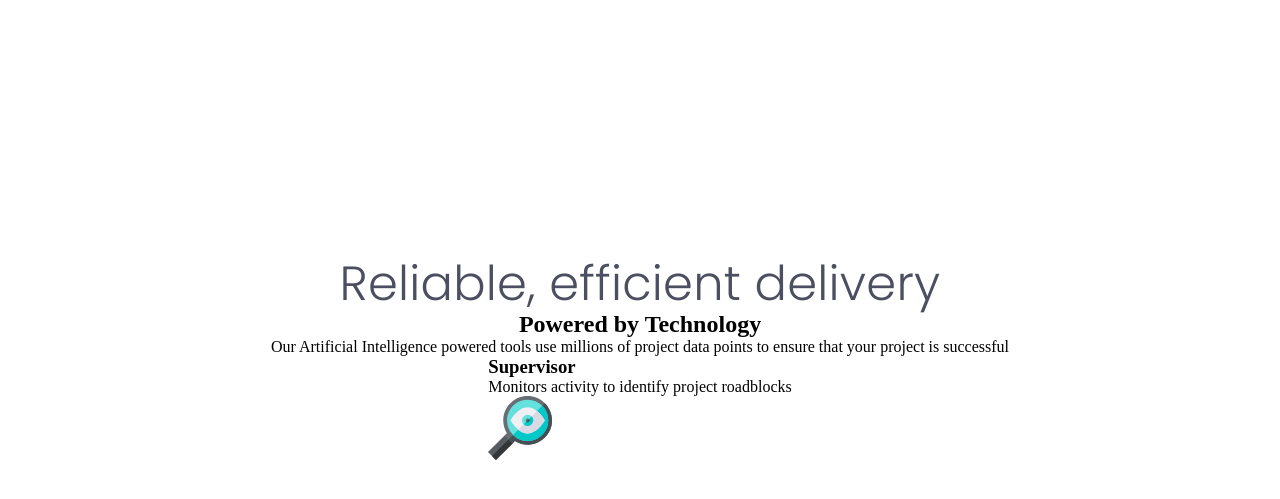
Repository: brandontaylor1/four-card-feature
Page: index.html
An editor plug-in stored every save of this project. The page is shown before and after the next save, followed by the edit.
The browser window is 1280 px wide. The pictures show the whole page.

Above is the page before, as saved 2025-01-09 22:28:18.

### index.html
<!DOCTYPE html>
<html lang="en">
<head>
    <meta charset="UTF-8">
    <meta name="viewport" content="width=device-width, initial-scale=1.0">
    <link rel="preconnect" href="https://fonts.googleapis.com">
    <link rel="preconnect" href="https://fonts.gstatic.com" crossorigin>
    <link href="https://fonts.googleapis.com/css2?family=Poppins:ital,wght@0,100;0,200;0,300;0,400;0,500;0,600;0,700;0,800;0,900;1,100;1,200;1,300;1,400;1,500;1,600;1,700;1,800;1,900&display=swap" rel="stylesheet">
    <link rel="stylesheet" href="styles.css">
    <title>Four Card Feature</title>
</head>
<body>
    <main class="container">
        <section class="page-content">
            <h1>Reliable, efficient delivery</h1>
            <h2>Powered by Technology</h2>
            <p>Our Artificial Intelligence powered tools use millions of project data points to ensure that your project is successful</p>
        </section>
        <section class="card-container">
            <div class="card-column">
                <div class="card">
                    <h3>Supervisor</h3>
                    <p>Monitors activity to identify project roadblocks</p>
                    <img src="./assets/images/icon-supervisor.svg" alt="Supervisor Icon">
                </div>
            </div>
        </section>
    </main>

</body>
</html>

### styles.css
* {
    margin: 0;
    padding: 0;
    box-sizing: border-box;
}

:root {
    --primary-red: hsl(0, 78%, 62%);
    --primary-cyan: hsl(180, 62%, 55%);
    --primary-orange: hsl(34, 97%, 64%);
    --primary-blue: hsl(212, 86%, 64%);

    --secondary-dark-blue: hsl(234, 12%, 34%);
    --secondary-grayish-blue: hsl(229, 6%, 66%);
    --secondary-light-gray: hsl(0, 0%, 98%);
}

.container {
    height: 100vh;
    display: flex;
    align-items: center;
    justify-content: center;
    flex-direction: column;
}

.page-content {
    display: flex;
    flex-direction: column;
    align-items: center;
}

.page-content h1 {
    font-size: 3rem;
    font-family: "Poppins", sans-serif;
    font-weight: 300;
    line-height: 54px;
    letter-spacing: .25px;
    color: var(--secondary-dark-blue);
}

After the next save:
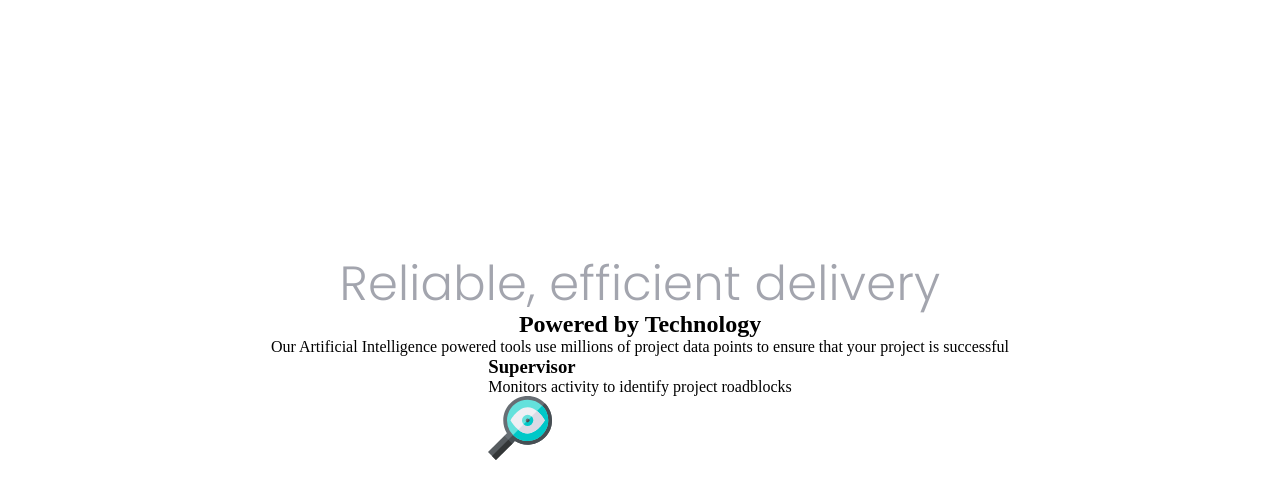
Saved 34 s later.
--- a/styles.css
+++ b/styles.css
@@ -35,5 +35,5 @@
     font-weight: 300;
     line-height: 54px;
     letter-spacing: .25px;
-    color: var(--secondary-dark-blue);
+    color: var(--secondary-grayish-blue);
 }
